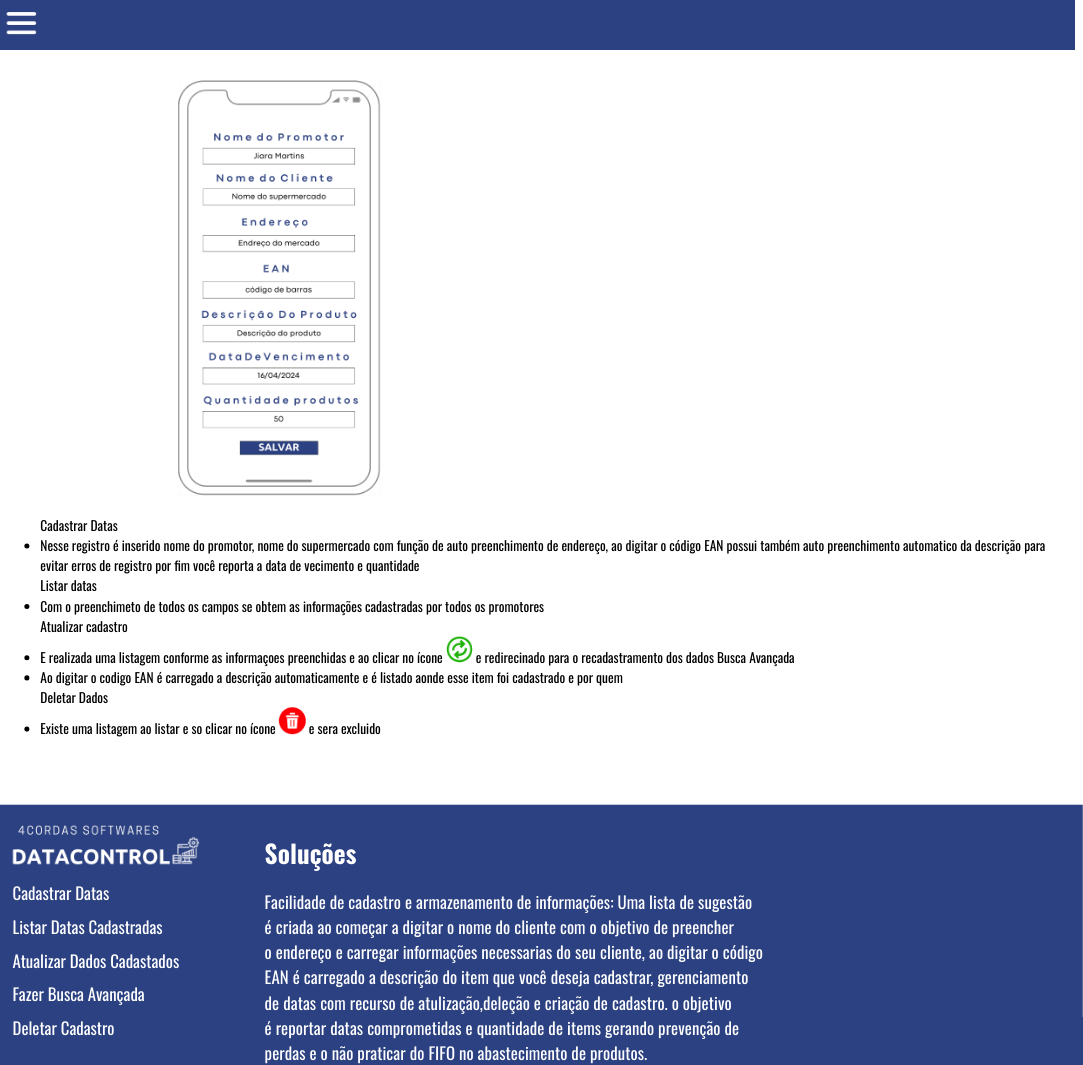
Repository: alfredo-allan/ControleDeDatasFrontEnd
Page: index.html
The author's editor kept a copy of each file at every save. The page is drawn from the files as they stood at one save, then again after the next save.
The browser window is 1280 px wide. The page is 1289 px wide, so the pictures cover 1289 px, including what lies to the right of the window. The pictures show the whole page, at 84% of full size.

Above is the page before, as saved 2024-04-30 14:25:53.
Console error: TypeError: Cannot read properties of null (reading 'addEventListener')

### index.html
<!DOCTYPE html>
<html lang="pt-BR">
  <head>
    <meta charset="UTF-8" />
    <meta name="viewport" content="width=device-width, initial-scale=1.0" />
    <link rel="stylesheet" href="./style/style.css" />
    <link rel="preconnect" href="https://fonts.googleapis.com" />
    <link rel="preconnect" href="https://fonts.gstatic.com" crossorigin />
    <link
      href="https://fonts.googleapis.com/css2?family=Oswald:wght@200..700&display=swap"
      rel="stylesheet"
    />
    <title>Controle de Datas</title>
  </head>
  <body>
    <div class="header">
      <div id="menu-icon">
        <img id="icon-menu" src="./images/barra-de-menu.png" alt="" />
      </div>
      <div id="titulo">
        <!-- <h1>Controle De Datas</h1> -->
      </div>
      <div id="menu-options">
        <ul>
          <!-- <img id="usuario" src="./images/usuario-exemplo.jpg" alt="" /> -->
          <a href="pages/cadastro.html"><li>Cadastrar Datas</li></a>
          <a href="pages/listagem.html"><li>Listar Datas</li></a>
          <a href="pages/atualizar.html"><li>Atualizar Cadastro</li></a>
          <a href="pages/buscaavancada.html"><li>Busca Avançada</li></a>
          <a href="pages/deletar.html"><li>Deletar Dados</li></a>
        </ul>
      </div>
    </div>
    <img id="instrucao" src="./images/CadastrarDatas.png" alt="">
    <div class="coluna">
    <ul>
      <span>Cadastrar Datas</span>
      <li>Nesse registro é inserido nome do promotor, nome do supermercado com função de auto preenchimento de endereço, ao digitar o código EAN possui também auto preenchimento automatico da descrição para evitar erros de registro por fim você reporta a data de vecimento e quantidade</li>
      <span>Listar datas</span>
      <li>Com o preenchimeto de todos os campos se  obtem as informações cadastradas por todos os promotores</li>
      <span>Atualizar cadastro</span>
      <li>E realizada uma listagem conforme as informaçoes preenchidas e ao clicar no ícone <img src="./images/repetir.png" alt=""> e redirecinado para o recadastramento dos dados</span>
      <span>Busca Avançada</span>
      <li>Ao digitar o codigo EAN é carregado a descrição automaticamente e é listado aonde esse item foi cadastrado e por quem</li>
      <span>Deletar Dados</span>
      <li>Existe uma listagem ao listar e so clicar no ícone <img src="./images/excluir.png" alt=""> e sera excluido</li>
    </ul>
    </div>
    </div>
    <div class="footer">
      <div id="mapa" class="col-sm-6">
        <img id="tootext" src="./images/data.png" alt="" />
        <ul id="mapadosite">
          <a href="./pages/cadastro.html"><li>Cadastrar Datas</li></a>
          <a href="./pages/listagem.html"><li>Listar Datas Cadastradas</li></a>
          <a href="./pages/atualizar.html"
            ><li>Atualizar Dados Cadastados</li></a
          >
          <a href="./pages/buscaavancada.html"><li>Fazer Busca Avançada</li></a>
          <a href="./pages/deletar.html"><li>Deletar Cadastro</li></a>
        </ul>
      </div>
      <div id="solucao" class="col-sm-6">
        <span>Soluções</span>
        <p>
          Facilidade de cadastro e armazenamento de informações: Uma lista de
          sugestão <br />
          é criada ao começar a digitar o nome do cliente com o objetivo de
          preencher <br />
          o endereço e carregar informações necessarias do seu cliente, ao
          digitar o código <br />
          EAN é carregado a descrição do item que você deseja cadastrar,
          gerenciamento <br />
          de datas com recurso de atulização,deleção e criação de cadastro. o
          objetivo <br />
          é reportar datas comprometidas e quantidade de items gerando prevenção
          de <br />
          perdas e o não praticar do FIFO no abastecimento de produtos.
        </p>
      </div>
    </div>
  </body>
  <script src="./js/script.js"></script>
</html>

### style/style.css
:root {
  --cor-azul: rgb(44, 65, 129);
  --oswald-font: "Oswald", sans-serif;
  --luthier-font: "Luthier";
}

body {
  font-family: var(--oswald-font);
}

@font-face {
  font-family: "Luthier";
  src: url("../fonts/LuthierFF/Luthier-Regular.ttf") format("truetype");
  /* Adicione mais formatos (e.g. woff, woff2) conforme necessário */
}

#titulo h1 {
  font-family: var(--luthier-font);
  letter-spacing: 3px;
  font-weight: 900;
  color: white;
  margin-top: -30px;
  margin-left: 55px;
}

.column {
  display: flex;
  flex-direction: column;
  align-items: center;
  padding: 10px 20px 15px 15px;
  border: 1px solid #ccc;
  border-radius: 5px;
  width: 300px;
  margin: 0 auto;
  span {
    font-weight: 900;
    font-family: var(--luthier-font);
    letter-spacing: 3px;
    margin-bottom: 10px;
    color: var(--cor-azul);
  }
}

#logo img {
  margin-top: 200px;
  width: 250px;
  margin-left: 50px;
}

#logo {
  h1 {
    text-align: center;
    text-wrap: nowrap;
    font-size: 25px;
    font-family: var(--oswald-font);
    font-weight: 900;
    letter-spacing: 2px;
    color: var(--cor-azul);
  }
}

#form {
  margin-top: 80px;
}

input {
  margin-bottom: 5px;
  padding: 5px;
  width: 100%;
  box-sizing: border-box;
  font-weight: 600;
  margin-bottom: 10px;
}

input::placeholder {
  text-align: center;
  color: gray;
  font-family: var(--oswald-font);
  font-weight: 400;
}

input:focus {
  outline-color: var(--cor-azul); /* Altere a cor aqui */
}

.header {
  position: fixed;
  top: 0;
  left: 0;
  width: 100%;
  height: 60px;
  background-color: var(--cor-azul);
}

#icon-menu {
  width: 35px;
  margin-top: 10px;
  z-index: 1;
  margin-left: 8px;
  cursor: pointer;
}

#menu-options ul {
  list-style: none;
  padding: 0;
  margin-left: 5px;
  font-size: 20px;
  font-weight: 500;
  text-wrap: nowrap;
  font-family: var(--oswald-font);
  z-index: 999;
}

#menu-options ul li {
  padding: 10px;
  letter-spacing: 2px;
  cursor: pointer;
  z-index: 999;
}

a {
  text-decoration: none; /* Remove sublinhado */
  color: inherit; /* Mantém a cor padrão do texto */
  /* Adicione quaisquer outros estilos desejados para o link */
}

#menu-options {
  display: none;
  position: absolute;
  top: 0;
  left: 0;
  margin-top: 60px;
  width: 55%;
  height: 41vh;
  border-bottom-right-radius: 15px;
  background-color: var(--cor-azul);
  color: white;
  font-family: var(--oswald-font);
  font-weight: 900;
  z-index: 999;
}

button {
  text-align: center;
  width: 110px;
  height: 30px;
  padding: 6px 30px;
  background-color: rgba(44, 65, 129, 0.897);
  border-radius: 5px;
  color: white;
  border: none;
  border-radius: 5px;
  cursor: pointer;
  font-family: var(--oswald-font);
}

button:focus {
  outline: 2px solid var(--cor-azul);
}

.footer {
  width: 102%;
  position: relative;
  margin-top: 5%;
  margin-left: -8px;
  margin-bottom: -20px;
  background-color: var(--cor-azul);
}

.footer img {
  width: 300px;
  height: 60px;
  margin-top: 2px;
  cursor: pointer;
  margin-left: 10px;
}

#autocomplete-list-id {
  background-color: #f1f1f1;
  border: 1px solid #d4d4d4;
  color: var(--cor-azul);
  border-top: none;
  max-height: 200px;
  overflow-y: auto;
  position: absolute;
  /* z-index: 999; */
  margin-top: -10px;
  margin-left: 60px;
}

.autocomplete-items div {
  padding: 10px;
  cursor: pointer;
  background-color: #fff;
  border-bottom: 1px solid #d4d4d4;
}

.autocomplete-items div:hover {
  background-color: #e9e9e9;
}

.autocomplete-items div strong {
  font-weight: bold;
}

#data-list {
  margin: 0 auto;
  left: 50%;
  transform: translateX(-50%);
  margin: 0 auto;
  left: 50%;
  top: 60%;
  transform: translate(-50%, -50%);
  /* border: 1px solid var(--cor-azul); */
  color: var(--cor-azul);
  border-radius: 5px;
  max-height: 330px;
  overflow-y: auto;
  position: absolute;
  z-index: -1;
  margin-top: 110px;
  margin-left: 0px;
  width: 336px;
  list-style: none;
  .name {
    font-family: var(--oswald-font);
    font-weight: 900;
    font-size: 17px;
  }
  .item {
    font-family: var(--oswald-font);
    font-weight: 500;
    font-size: 15;
    color: rgb(0, 0, 0);
  }
}

/* #promotor {
  line-height: 60px;
} */

#data-list {
  /* Estilos do elemento #data-list */
  /* Defina outras propriedades conforme necessário */

  scrollbar-color: var(--cor-azul) var(--cor-azul); /* Cor da barra de rolagem e do fundo da barra */
}

#data-list::-webkit-scrollbar {
  width: 10px; /* Largura da barra de rolagem */
}

#data-list::-webkit-scrollbar-thumb {
  background-color: white; /* Cor da barra de rolagem */
  border-radius: 5px; /* Raio de borda da barra de rolagem */
}

#texto-descritivo {
  text-align: justify;
  margin-top: 200px;
  position: fixed;
  font-family: var(--luthier-font);
  letter-spacing: 3px;
  line-height: 2;
  margin-right: 8px;
  font-weight: 900;
  color: var(--cor-azul);
}

#del {
  width: 25px;
  margin: -4px;
  margin-left: 20px;
}

#atualizar {
  width: 25px;
  margin: -5px;
  margin-left: 20px;
}

.video {
  width: 100%;
  height: 100vh; /* Altura ocupando toda a tela */
}

.video video {
  position: fixed;
  top: 0;
  left: 0;
  width: 100%;
  height: 20%;
  object-fit: cover;
  margin-top: 52px;
}

.modal {
  display: none; /* Escondido por padrão */
  position: fixed;
  z-index: 1;
  left: 0;
  top: 0;
  width: 100%;
  height: 100%;
  overflow: auto;
  background-color: rgba(0, 0, 0, 0.4);
}

.modal-content {
  background-color: #fefefe;
  margin: 15% auto;
  padding: 20px;
  border: 2px solid #888;
  width: 80%;
  border-radius: 10px;
  p {
    text-align: center;
    font-family: var(--luthier-font);
    letter-spacing: 3px;
    font-weight: 600;
    color: var(--cor-azul);
  }
}

.close {
  color: #aaa;
  float: right;
  font-size: 28px;
  font-weight: bold;
}

.close:hover,
.close:focus {
  color: black;
  text-decoration: none;
  cursor: pointer;
}

#modalbtn {
  text-align: center;
}

#confirmButton {
  margin-right: 5px;
}

#tootext {
  margin-left: -40px;
  margin-top: 20px;
}

#mapadosite {
  font-family: var(--oswald-font);
  list-style: none;
  margin-top: 0px;
  line-height: 40px;
  text-align: left;
  margin-left: -25px;
  color: white;
  font-size: 20px;
}

#mapa {
  text-align: left;
}

#solucao {
  margin-top: -270px;
  margin-left: 315px;
  font-family: var(--oswald-font);
  letter-spacing: 0.1px;
  color: white;
  span {
    font-size: 30px;
    font-weight: 900;
  }
  p {
    font-size: 20px;
    text-align: left;
  }
}

@media (min-width: 310px) and (max-width: 580px) {
  #solucao {
    margin-top: -10px;
    margin-left: -200px;
    text-align: center;
  }
}

@media (min-width: 310px) and (max-width: 580px) {
  #solucao span {
    margin-left: -30px;
  }
}

@media (min-width: 310px) and (max-width: 580px) {
  #solucao p {
    font-size: 20px;
    text-align: left;
    margin-left: 215px;
  }
}

@media (min-width: 310px) and (max-width: 580px) {
  .footer {
    margin-top: 20%;
    position: absolute;
    margin-left: -8px;
    width: 100%;
    margin-bottom: 0px;
  }
}

.footer_pg {
  position: fixed;
  left: 0;
  bottom: 0;
  width: 100%;
  height: 60px;
  background-color: var(--cor-azul);
}

@media (min-width: 310px) and (max-width: 580px) {
  .footer_pg img {
    margin-left: auto;
    margin-right: auto;
    display: block;
  }
}

#instrucao {
  margin-top: 80px;
  width: 250px;
  margin-left: 200px;
}

@media (min-width: 500px) and (max-width: 1200px) {
  #instrucao {
    margin-left: 20px;
  }
}

.coluna {
  display: flex;
  flex-direction: column;
  justify-content: center;
}

### js/script.js
document.addEventListener("DOMContentLoaded", function () {
  carregarDados();

  document
    .getElementById("data-vencimento")
    .addEventListener("input", formatarData);

  document.getElementById("ean").addEventListener("input", function () {
    var eanSelecionado = document.getElementById("ean").value;
    preencherDescricaoPorEAN(eanSelecionado);
  });
});

function formatarData() {
  let inputData = document.getElementById("data-vencimento").value;

  let dataFormatada = inputData.replace(/^(\d{2})(\d{2})(\d{2})$/, "$1/$2/$3");

  document.getElementById("data-vencimento").value = dataFormatada;
}

function preencherDescricaoPorEAN(ean) {
  fetch("../frutap.json")
    .then((response) => response.json())
    .then((data) => {
      const mercados = data.mercados;

      for (let mercado of mercados) {
        const produto = mercado.produtos.find(
          (produto) => produto.codigoEAN === ean
        );
        if (produto) {
          document.getElementById("descricao-produto").value =
            produto.descricao;
          return; // Encerra o loop assim que encontrar o produto correspondente
        }
      }

      // Se não encontrou nenhum produto com o código EAN correspondente
      document.getElementById("descricao-produto").value =
        "Produto não encontrado";
    })
    .catch((error) => {
      console.error("Erro ao carregar os dados do arquivo JSON:", error);
    });
}

function carregarDados() {
  fetch("../frutap.json")
    .then((response) => {
      if (response.ok) {
        return response.json();
      } else {
        throw new Error("Erro ao carregar os dados");
      }
    })
    .then((data) => {
      if (data && data.mercados) {
        const mercados = data.mercados.map((mercado) => mercado.nome);
        const codigosEAN = data.mercados.map((mercado) => mercado.codigoEAN);
        const enderecos = data.mercados.map((mercado) => mercado.endereco);

        autocomplete(document.getElementById("nome-cliente"), mercados, data);
        autocomplete(document.getElementById("ean"), codigosEAN);
        autocomplete(
          document.getElementById("endereco-cliente"),
          enderecos,
          data
        );
      } else {
        console.error("Formato de dados inválido");
      }
    })
    .catch((error) => {
      console.error("Erro ao carregar os dados do arquivo JSON:", error);
    });
}
function autocomplete(inp, arr, data) {
  var currentFocus;

  inp.addEventListener("input", function (e) {
    var a,
      b,
      i,
      val = this.value;
    closeAllLists();
    if (!val) {
      return false;
    }
    currentFocus = -1;
    a = document.createElement("DIV");
    a.setAttribute("id", "autocomplete-list-id");
    a.setAttribute("class", "autocomplete-items");
    this.parentNode.appendChild(a);
    for (i = 0; i < arr.length; i++) {
      if (
        arr[i] &&
        arr[i].substr(0, val.length).toUpperCase() == val.toUpperCase()
      ) {
        b = document.createElement("DIV");
        b.innerHTML = "<strong>" + arr[i].substr(0, val.length) + "</strong>";
        b.innerHTML += arr[i].substr(val.length);
        b.innerHTML += "<input type='hidden' value='" + arr[i] + "'>";
        b.addEventListener("click", function (e) {
          inp.value = this.getElementsByTagName("input")[0].value;
          closeAllLists();
          // Preencher o campo de Endereço do mercado ao selecionar o nome do mercado
          var selectedMarket = this.getElementsByTagName("input")[0].value;
          var mercadoSelecionado = data.mercados.find(
            (mercado) => mercado.nome === selectedMarket
          );
          if (mercadoSelecionado) {
            var enderecoCompleto =
              mercadoSelecionado.endereco.rua +
              ", " +
              mercadoSelecionado.endereco.bairro +
              ", " +
              mercadoSelecionado.endereco.cidade +
              ", " +
              mercadoSelecionado.endereco.estado;
            document.getElementById("endereco-cliente").value =
              enderecoCompleto;
          }
        });
        a.appendChild(b);
      }
    }
  });

  function closeAllLists(elmnt) {
    var x = document.getElementsByClassName("autocomplete-items");
    for (var i = 0; i < x.length; i++) {
      if (elmnt != x[i] && elmnt != inp) {
        x[i].parentNode.removeChild(x[i]);
      }
    }
  }

  document.addEventListener("click", function (e) {
    closeAllLists(e.target);
  });
}

const menuIcon = document.getElementById("menu-icon");
const menuOptions = document.getElementById("menu-options");

menuIcon.addEventListener("click", function () {
  if (menuOptions.style.display === "none") {
    menuOptions.style.display = "block";
  } else {
    menuOptions.style.display = "none";
  }
});

document.getElementById("btn-salvar").addEventListener("click", function () {
  const nomePromotor = document.getElementById("nome-promotor").value;
  const nomeCliente = document.getElementById("nome-cliente").value;
  const enderecoCliente = document.getElementById("endereco-cliente").value;
  const ean = document.getElementById("ean").value;
  const descricaoProduto = document.getElementById("descricao-produto").value;
  const dataVencimento = document.getElementById("data-vencimento").value;
  const quantidadeProdutos = document.getElementById(
    "quantidade-produtos"
  ).value;

  fetch("https://v1controledatas.pythonanywhere.com/salvar-dados", {
    method: "POST",
    headers: {
      "Content-Type": "application/json",
    },
    body: JSON.stringify({
      nomePromotor: nomePromotor,
      nomeCliente: nomeCliente,
      enderecoCliente: enderecoCliente,
      ean: ean,
      descricaoProduto: descricaoProduto,
      dataVencimento: dataVencimento,
      quantidadeProdutos: quantidadeProdutos,
    }),
  })
    .then((response) => {
      if (response.ok) {
        // alert("Dados salvos com sucesso!");
      } else {
        throw new Error("Erro ao salvar os dados");
      }
    })
    .catch((error) => {
      console.error("Erro ao salvar os dados:", error);
    });
});

// Selecionando o botão de fechar e o modal

Loaded but not shown: frutap.json (455 lines, source omitted)

After the next save:
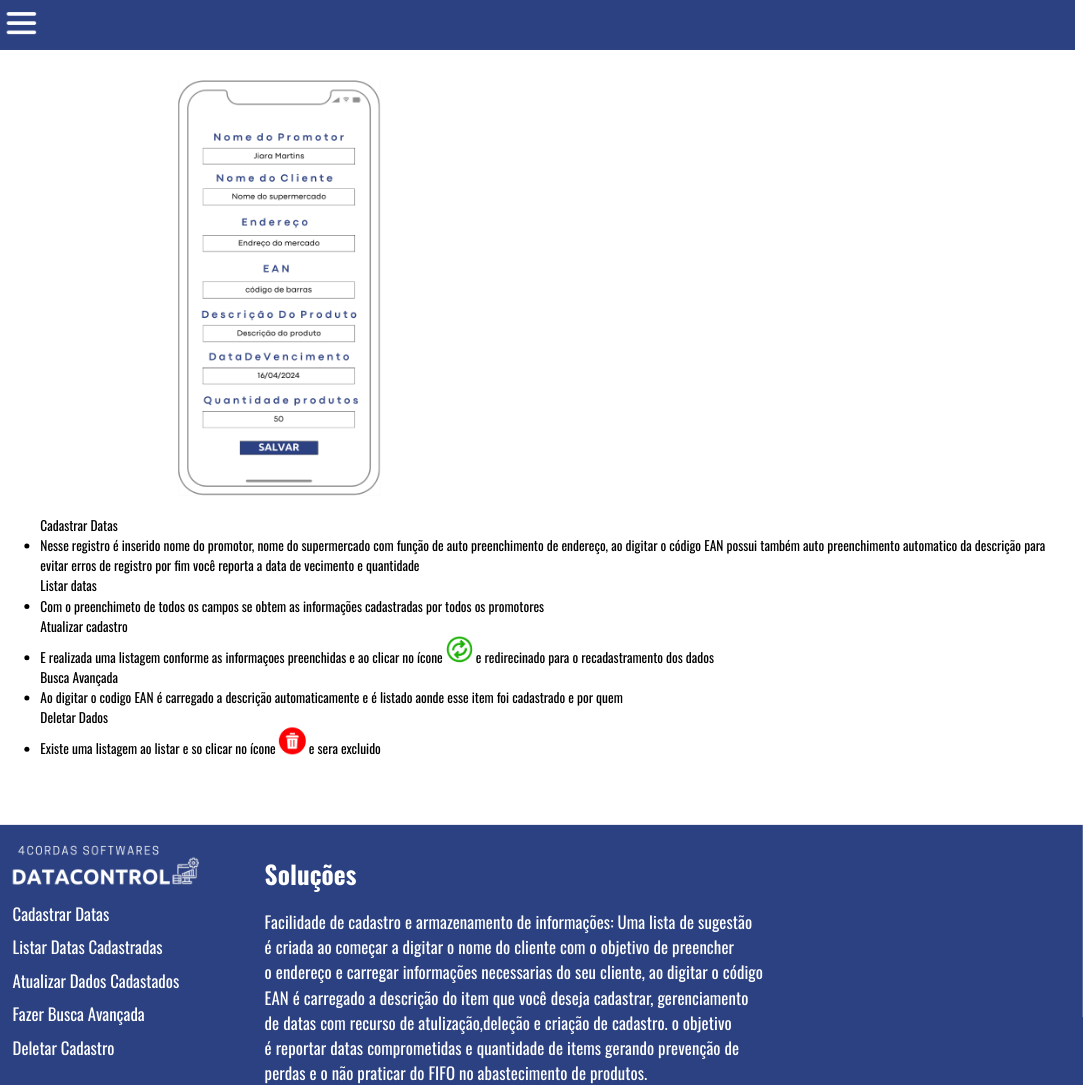
Saved 11 s later.
--- a/index.html
+++ b/index.html
@@ -39,7 +39,7 @@
       <span>Listar datas</span>
       <li>Com o preenchimeto de todos os campos se  obtem as informações cadastradas por todos os promotores</li>
       <span>Atualizar cadastro</span>
-      <li>E realizada uma listagem conforme as informaçoes preenchidas e ao clicar no ícone <img src="./images/repetir.png" alt=""> e redirecinado para o recadastramento dos dados</span>
+      <li>E realizada uma listagem conforme as informaçoes preenchidas e ao clicar no ícone <img src="./images/repetir.png" alt=""> e redirecinado para o recadastramento dos dados</li>
       <span>Busca Avançada</span>
       <li>Ao digitar o codigo EAN é carregado a descrição automaticamente e é listado aonde esse item foi cadastrado e por quem</li>
       <span>Deletar Dados</span>
